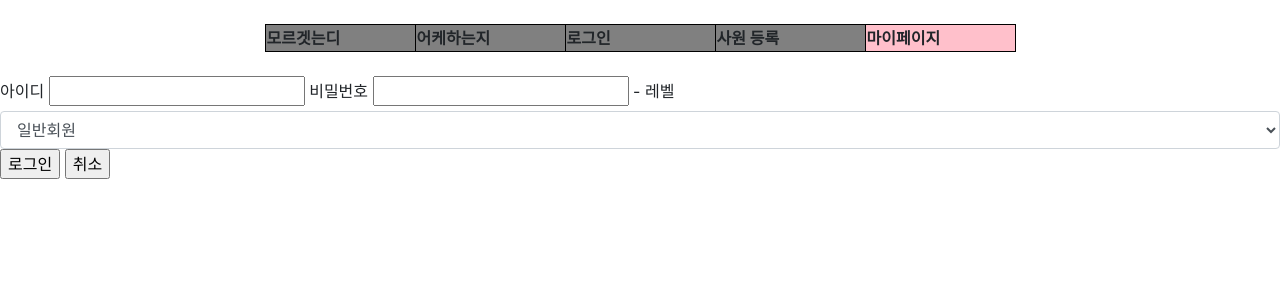
Repository: yjeongyjeong/jsp
Page: http://localhost/Practice_09/login.do
The author's editor kept a copy of each file at every save. The page is drawn from the files as they stood at one save, then again after the next save.
The browser window is 1280 px wide. The pictures show the whole page.
The page is served by Tomcat 9. Other server files are loaded and not shown.

Above is the page before, as saved 2023-10-17 08:53:46.

### Practice_09/src/main/webapp/member/login.jsp
<%@ page language="java" contentType="text/html; charset=UTF-8"
	pageEncoding="UTF-8"%>
<!DOCTYPE html>
<html>
<head>
<meta charset="UTF-8">
<link rel="stylesheet"
	href="https://cdn.jsdelivr.net/npm/bootstrap@4.6.2/dist/css/bootstrap.min.css">
<script
	src="https://cdn.jsdelivr.net/npm/jquery@3.6.4/dist/jquery.slim.min.js"></script>
<script
	src="https://cdn.jsdelivr.net/npm/popper.js@1.16.1/dist/umd/popper.min.js"></script>
<script
	src="https://cdn.jsdelivr.net/npm/bootstrap@4.6.2/dist/js/bootstrap.bundle.min.js"></script>

<title>Insert title here</title>
</head>
<body>
<%@ include file="loginHeader.jsp"%>
<!--
th : header in a table
tr : row in a table
td : cell in a table
 -->
	<form action="login.do" method="post">


			<label for="id">아이디</label>
			<input type="text" name="id" id="id">
			<label for="pwd">비밀번호</label>
			<input type="password" name="pwd" id="pwd">
- 			<label for="lev">레벨</label>
      		<select class="form-control" id="lev" name="lev">
        	<option value="0">일반회원</option>
	        <option value="1">관리자</option>
    		</select>

 			<input type="submit" value="로그인">
			<input type="reset" value="취소">

	</form>
</body>
</html>

### Practice_09/src/main/webapp/member/loginHeader.jsp
<%@ page language="java" contentType="text/html; charset=UTF-8"
    pageEncoding="UTF-8"%>
<style>
table, th, td {
  border: 1px solid black;
}
th{ /* 사이즈 어케주냐... */
width: 150px;
}
table {
    margin-left:auto;
    margin-right:auto;
}
</style>
<br>
<table>
  <colgroup>
    <col span="4" style="background-color:gray">
    <col style="background-color:pink">
  </colgroup>
  <tr>
  	<th>모르겟는디</th>
   	<th>어케하는지</th>
    <th>로그인</th>
    <th>사원 등록</th>
    <th>마이페이지</th>
 </table>
<br>

### Practice_09/src/main/java/com/magic/Controller/LoginServlet.java
package com.magic.Controller;

import java.io.IOException;
import java.sql.Connection;

import javax.naming.Context;
import javax.naming.InitialContext;
import javax.servlet.RequestDispatcher;
import javax.servlet.ServletException;
import javax.servlet.annotation.WebServlet;
import javax.servlet.http.HttpServlet;
import javax.servlet.http.HttpServletRequest;
import javax.servlet.http.HttpServletResponse;
import javax.servlet.http.HttpSession;
import javax.sql.DataSource;

import com.magic.dao.EmployeesDAO.EmployeesDAO;
import com.magic.dto.EmployeesVO.EmployeesVO;


@WebServlet("/login.do")
public class LoginServlet extends HttpServlet {
	private static final long serialVersionUID = 1L;
	protected void doGet(HttpServletRequest request, HttpServletResponse response) throws ServletException, IOException {
		RequestDispatcher dis = request.getRequestDispatcher("member/login.jsp");
		dis.forward(request, response);
	}


	protected void doPost(HttpServletRequest request, HttpServletResponse response) throws ServletException, IOException {
		request.setCharacterEncoding("utf-8");
		String id = request.getParameter("id");
		String pwd = request.getParameter("pwd");
		String lev = request.getParameter("lev");
		String url = "member/login.jsp";

		EmployeesDAO mDao = EmployeesDAO.getInstance();
		/* 로그인 시 result 값에 따라 회원 구별
		 * 1 = 로그인 성공
		 * 0 = 암호 틀림
		 * -1 아이디 없음!!*/
		int result = mDao.userCheck(id, pwd);
		if( result == 1 ) {
			EmployeesVO vo = mDao.getEmployees(id); //getEmployees도 vo로 회원정보를 가져옴
			//로그인이 되는 회원이니까 브라우저가 꺼질 때까지 세션을 가져와서 유지되도록 함
			HttpSession session = request.getSession();
			session.setAttribute("loginUser", vo); //vo라는 애한테 loginUser라는 이름을 붙여서 세션에 저장!-> attribute는 세션에 저장이 가능하고 parameter는 request에만 저장이 가능함
			request.setAttribute("message", "이 메세지는 언제 출력이 될까요? 필요가 있는 메세지일까요?");
			url = "member/main.jsp";
		} else if ( result == 0 ) { //아이디가 DB에 있지만 pwd가 다를 떄
			request.setAttribute("message", "비밀번호가 일치하지 않습니다.");
		} else if( result == -1 ) { //아이디가 존재하지 않을 때
			request.setAttribute("message", "아이디가 존재하지 않습니다.");
		}

		RequestDispatcher dis = request.getRequestDispatcher(url);
		dis.forward(request, response);


	}
}

After the next save:
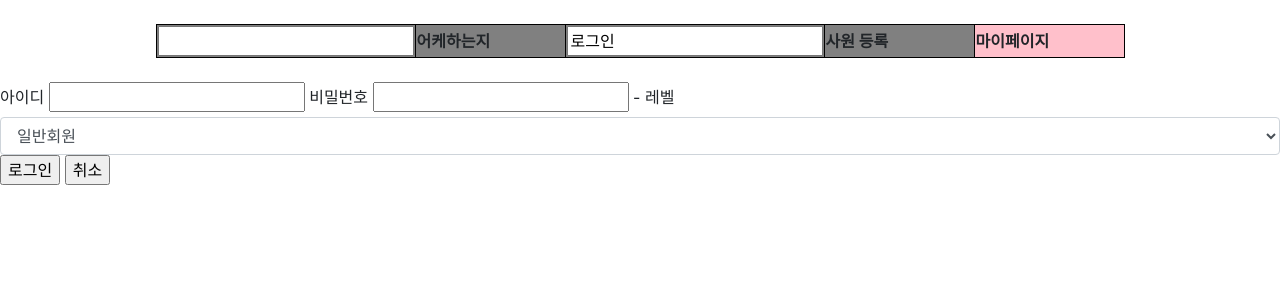
Saved 57 s later.
--- a/Practice_09/src/main/webapp/member/loginHeader.jsp
+++ b/Practice_09/src/main/webapp/member/loginHeader.jsp
@@ -19,9 +19,13 @@ table {
     <col style="background-color:pink">
   </colgroup>
   <tr>
-  	<th>모르겟는디</th>
+  	<th>
+  	<input>
+  	</th>
    	<th>어케하는지</th>
-    <th>로그인</th>
+    <th>
+		<input value="로그인" >
+	</th>
     <th>사원 등록</th>
     <th>마이페이지</th>
  </table>
